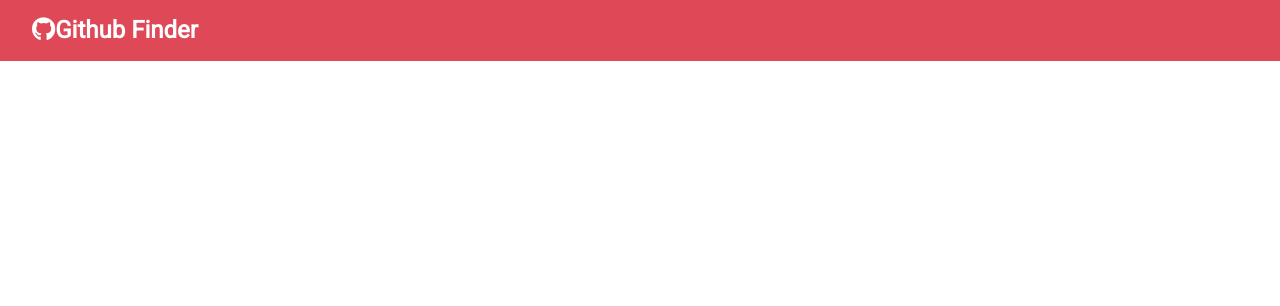
Repository: messimacky/github-finder
Page: /
The author's editor kept a copy of each file at every save. The page is drawn from the files as they stood at one save, then again after the next save.
The browser window is 1280 px wide. The pictures show the whole page.
Pictures or frames that could not be fetched are drawn as grey boxes. Some web libraries are served in a nearby version. The project was rebuilt for these pictures with package versions that can differ from the ones it lists, and the page was loaded fresh each time.

Above is the page before, as saved 2022-02-21 17:24:02.

After the next save:
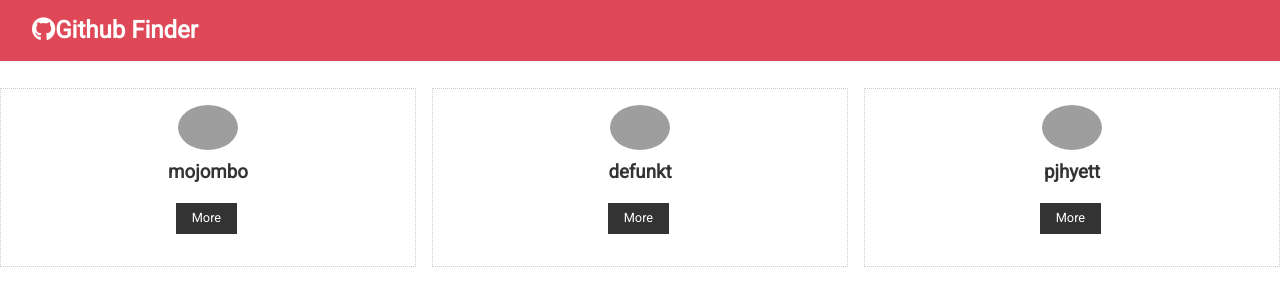
Saved 12 s later.
--- a/src/App.js
+++ b/src/App.js
@@ -11,7 +11,8 @@
  return (
     <div className='App'>
    <Navbar />
-
+<div className="container"> </div>
+<Users />
 
     </div>
   );
